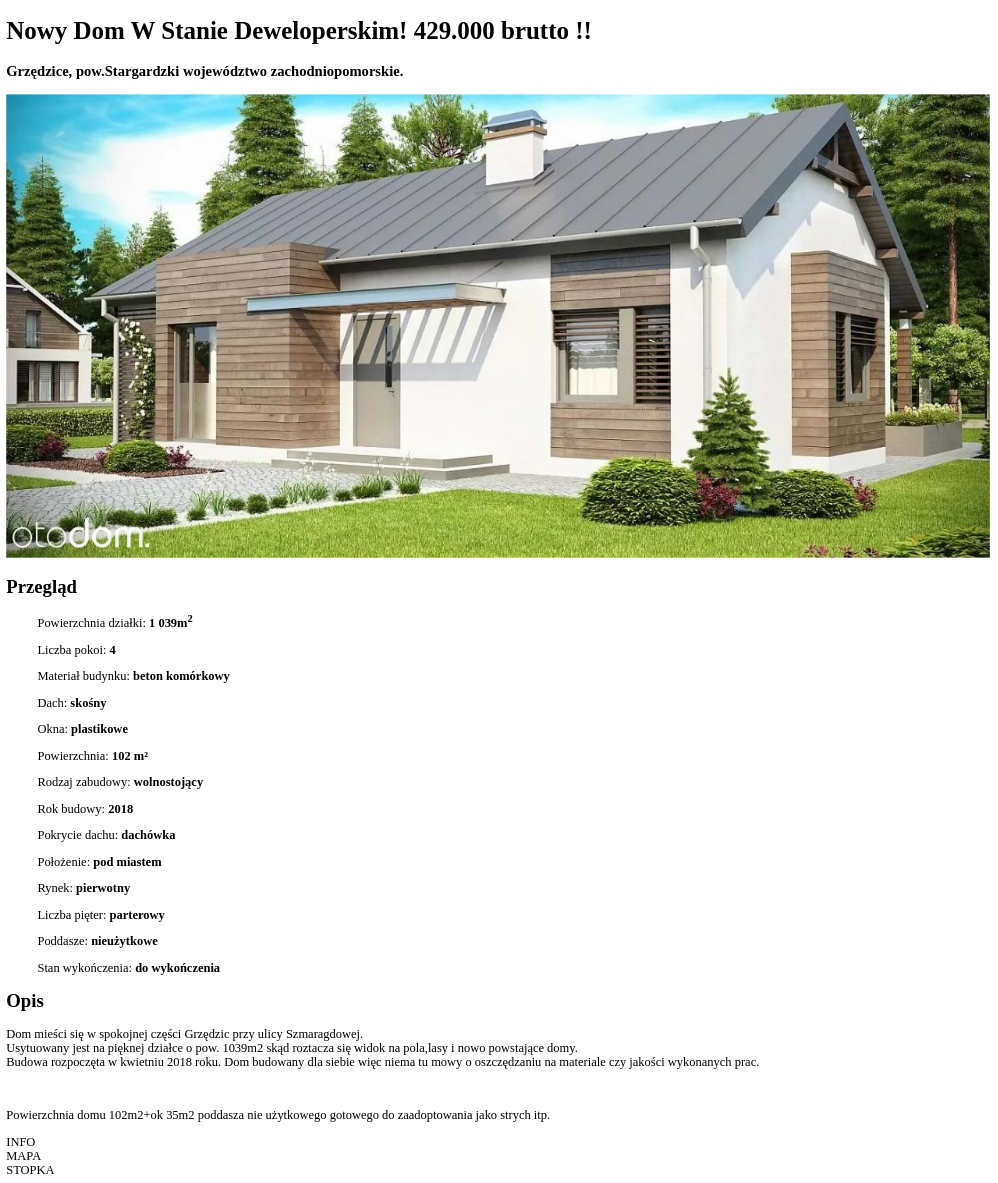
Repository: Slawek88/HomePage
Page: index.html
The author's editor kept a copy of each file at every save. The page is drawn from the files as they stood at one save, then again after a run of saves.
The browser window is 1280 px wide. The pictures show the whole page, at 78% of full size.

Above is the page before, as saved 2019-02-28 13:06:33.

### index.html
<!DOCTYPE html>
<html lang="en">
  <head>
    <meta charset="UTF-8" />
    <meta name="viewport" content="width=device-width, initial-scale=1.0" />
    <meta http-equiv="X-UA-Compatible" content="ie=edge" />
    <title>Dom w stanie Developerskim</title>
    <!-- <link rel="stylesheet" href="css/normalize.css"> -->
    <link rel="stylesheet" href="css/style.css" />
    <!-- <link
      href="https://fonts.googleapis.com/css?family=Roboto:400,900&amp;subset=latin-ext"
      rel="stylesheet"
    /> -->
  </head>

  <body>
    <h1>Nowy Dom W Stanie Deweloperskim! 429.000 brutto !!</h1>
    <h3>Grzędzice, pow.Stargardzki województwo zachodniopomorskie.</h3>
    <div class="container">
      <div class="grid">
        <div class="grid-item grid-img"><img src="img/1-Z96.jpg" alt="" /></div>
        <div class="grid-item grid-overview">
          <h2>Przegląd</h2>
          <ul class="li">
            Powierzchnia działki:
            <strong>1 039m<sup>2</sup></strong>
          </ul>
          <ul class="li">
            Liczba pokoi:
            <strong> 4</strong>
          </ul>
          <ul class="li">
            Materiał budynku:
            <strong>beton komórkowy</strong>
          </ul>
          <ul class="li">
            Dach:
            <strong>skośny</strong>
          </ul>
          <ul class="li">
            Okna:
            <strong>plastikowe</strong>
          </ul>
          <ul class="li">
            Powierzchnia:
            <strong>102 m²</strong>
          </ul>
          <ul class="li">
            Rodzaj zabudowy:
            <strong>wolnostojący</strong>
          </ul>
          <ul class="li">
            Rok budowy:
            <strong>2018</strong>
          </ul>
          <ul class="li">
            Pokrycie dachu:
            <strong>dachówka</strong>
          </ul>
          <ul class="li">
            Położenie:
            <strong>pod miastem</strong>
          </ul>
          <ul class="li">
            Rynek:
            <strong>pierwotny</strong>
          </ul>
          <ul class="li">
            Liczba pięter:
            <strong>parterowy</strong>
          </ul>
          <ul class="li">
            Poddasze:
            <strong>nieużytkowe</strong>
          </ul>
          <ul class="li">
            Stan wykończenia:
            <strong>do wykończenia</strong>
          </ul>
        </div>
        <div class="grid-item grid-destriction">
          <h2>Opis</h2>
          <p>
            Dom mieści się w spokojnej części Grzędzic przy ulicy Szmaragdowej.
            <br>
            Usytuowany jest na pięknej działce o pow. 1039m2 skąd roztacza się
            widok na pola,lasy i nowo powstające domy.
            <br>
             Budowa rozpoczęta w
            kwietniu 2018 roku. Dom budowany dla siebie więc niema tu mowy o
            oszczędzaniu na materiale czy jakości wykonanych prac.
          </p>
          <br />
          <p>
            Powierzchnia domu 102m2+ok 35m2 poddasza nie użytkowego gotowego do
            zaadoptowania jako strych itp.
          </p>
        </div>
        <div class="grid-tem grit-info">
          INFO
        </div>
        <div class="grid-item grid-map">MAPA</div>
        <div class="grid-item grid-footer">STOPKA</div>
      </div>
    </div>
  </body>
</html>

### css/style.css
strong {
    600;
}

After the next 2 saves:
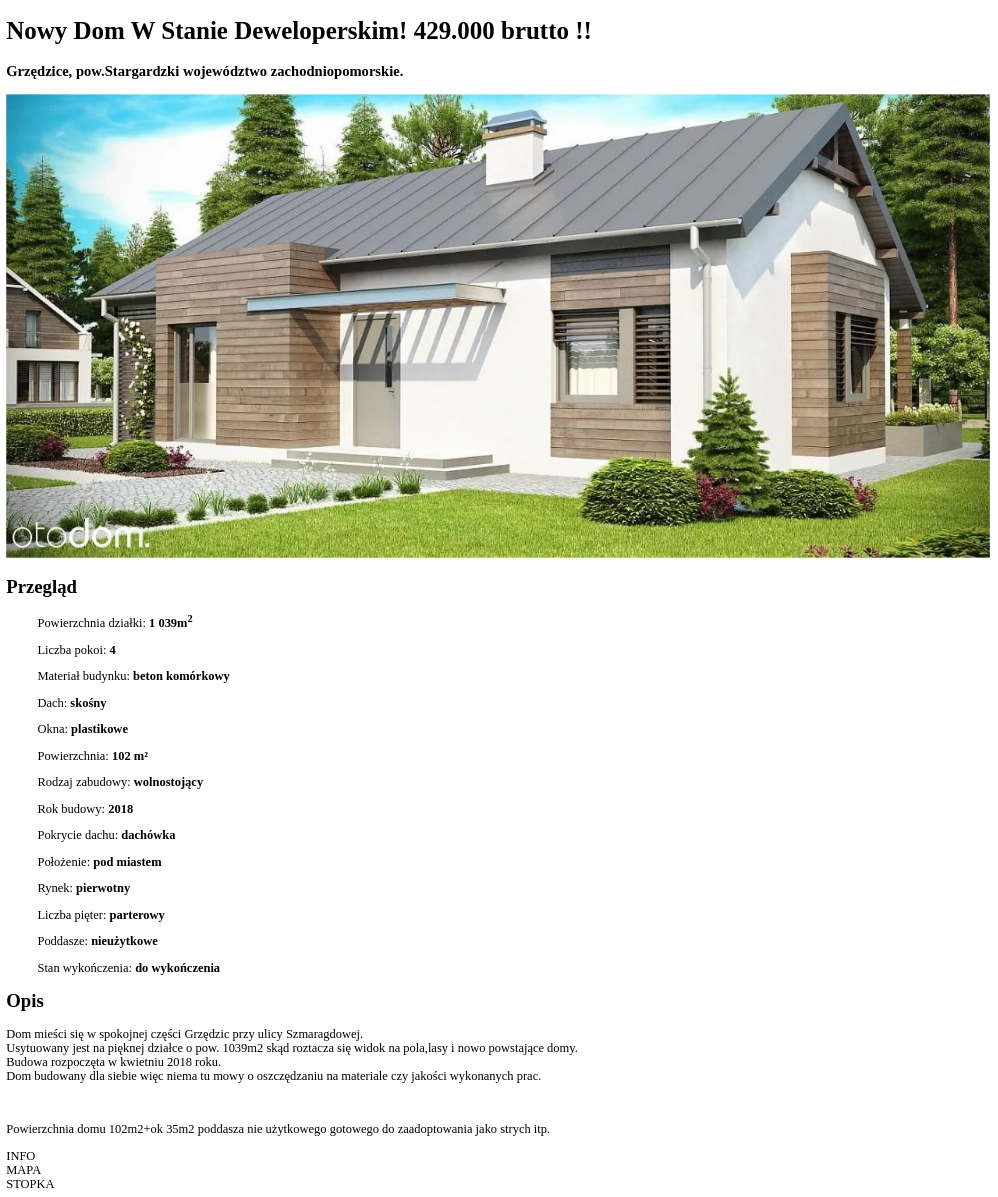
The 2 saves are shown as one change because they came seconds apart.
The last was saved 6 s later.
--- a/index.html
+++ b/index.html
@@ -87,7 +87,9 @@
             widok na pola,lasy i nowo powstające domy.
             <br>
              Budowa rozpoczęta w
-            kwietniu 2018 roku. Dom budowany dla siebie więc niema tu mowy o
+            kwietniu 2018 roku.
+            <br>
+            Dom budowany dla siebie więc niema tu mowy o
             oszczędzaniu na materiale czy jakości wykonanych prac.
           </p>
           <br />
